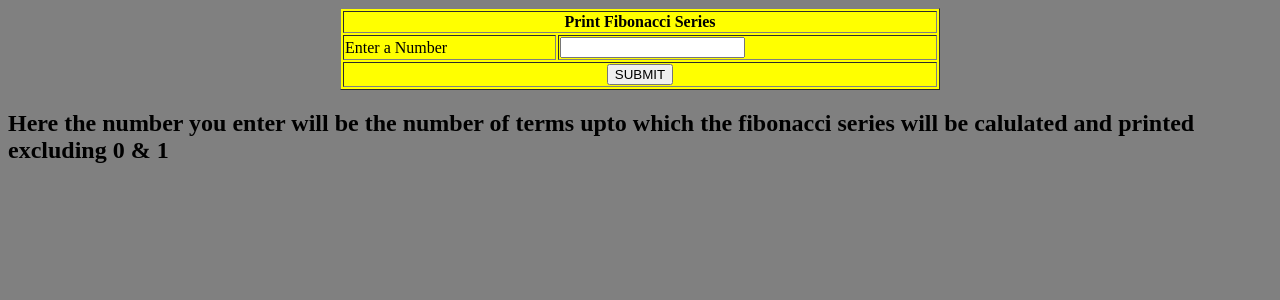
Repository: coolsam56/Advance_Java
Page: Lab6B/src/main/webapp/fab.html
An editor plug-in stored every save of this project. The page is shown before and after the next save, followed by the edit.
The browser window is 1280 px wide. The pictures show the whole page.

Above is the page before, as saved 2023-05-11 16:11:55.

After the next save:
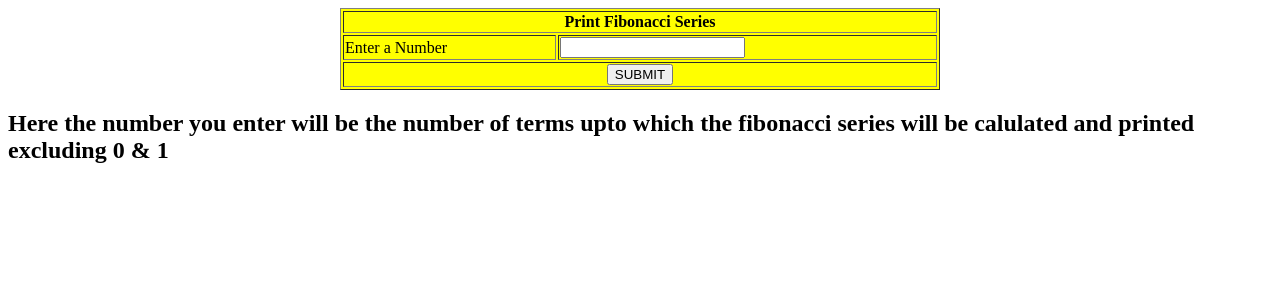
Saved 14 s later.
--- a/Lab6B/src/main/webapp/fab.html
+++ b/Lab6B/src/main/webapp/fab.html
@@ -4,7 +4,7 @@
 <meta charset="UTF-8">
 <title>Fibonacci</title>
 </head>
-<body bgcolor="gray">
+<body bgcolor="white">
 
 <form action="Fab.jsp">
 <table bgcolor = "yellow"  align = "center" border="" width="600px">
